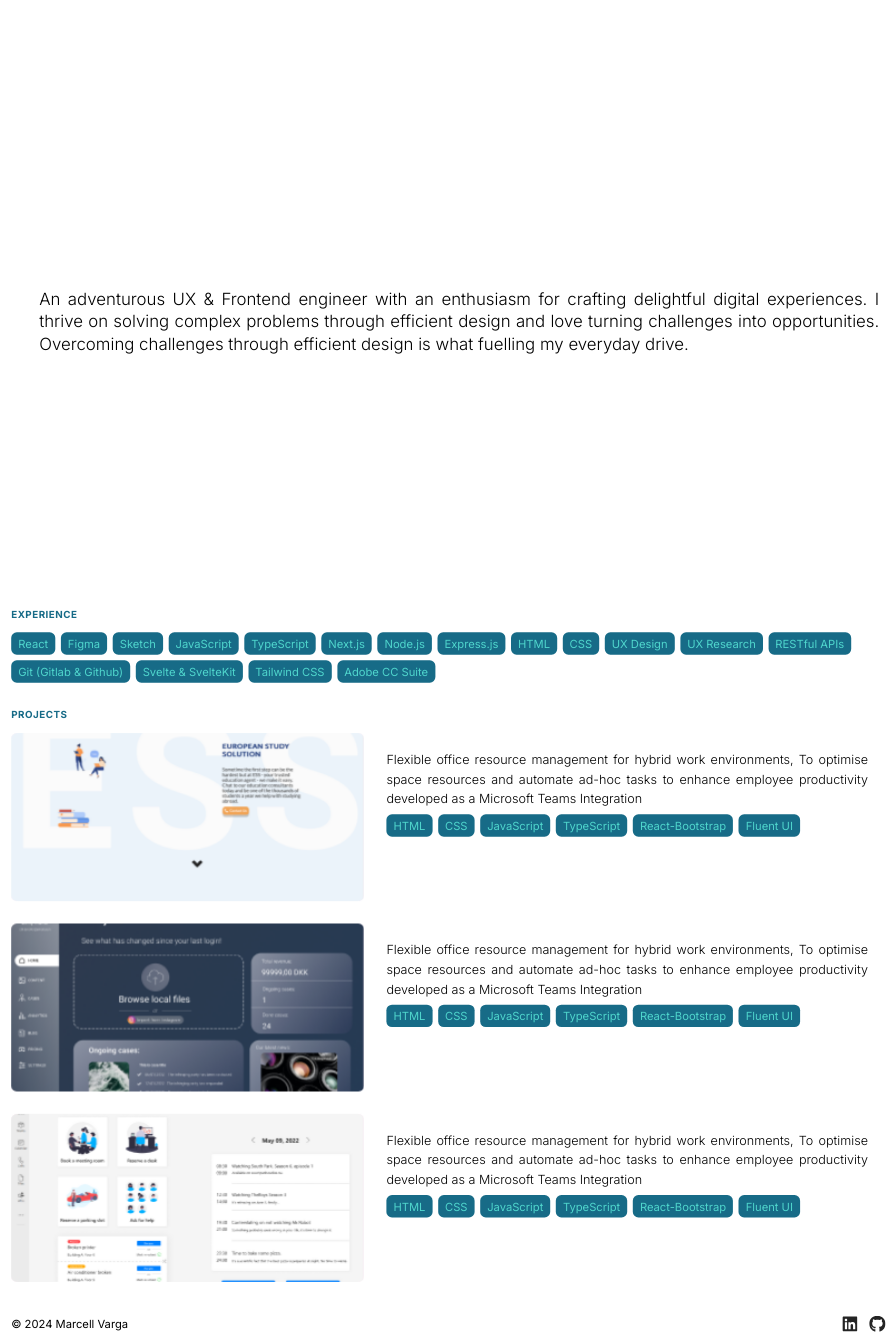
Repository: TheMarcellVarga/personal-portfolio-v.2
Page: /
An editor plug-in stored every save of this project. The page is shown before and after the next save, followed by the edit.
The browser window is 1280 px wide. The pictures show the part of the page from y = 705 to 2625 px (the page is 2625 px tall), at 70% of full size.
The project was rebuilt for these pictures with package versions that can differ from the ones it lists, and the page was loaded fresh each time. The framework's server and built-in components were replaced by stand-ins that run in the browser. Also part of the build but not shown: next.config.mjs.

Above is the page before, as saved 2024-04-25 01:06:17.

### app/layout.tsx
import type { Metadata } from "next";
import { Inter } from "next/font/google";
import "./globals.css";

const inter = Inter({ subsets: ["latin"] });

export const metadata: Metadata = {
  title: {
    template: "%s | Marcell Varga",
    default: "Marcell Varga",
  },
  description: "Marcell Varga Portfolio | UX & Frontend Engineer",
};
export default function RootLayout({
  children,
}: Readonly<{
  children: React.ReactNode;
}>) {
  return (
    <html lang="en">
      <body className={inter.className}>{children}</body>
    </html>
  );
}

### app/page.tsx
"use client";

import { useState } from "react";
import Link from "next/link";
import Image from "next/image";
import IndexSigAnimated from "../public/icons/indexSigAnimated";

// Header component
const Header = () => {
  const [isOpen, setIsOpen] = useState(false);

  return (
    <header className="flex justify-between items-center w-full">
      <div className="flex items-center">
        {/* Icon */}
        <Link href="/">
          <IndexSigAnimated />
        </Link>
      </div>
      <nav className="flex items-center">
        {/* Hamburger Menu */}
        <div
          className={`md:hidden z-2 ${isOpen ? "open" : ""}`}
          onClick={() => setIsOpen(!isOpen)}
        >
          <div className="w-6 h-0.5 bg-gray-800 mb-1"></div>
          <div className="w-6 h-0.5 bg-gray-800 mb-1"></div>
          <div className="w-6 h-0.5 bg-gray-800"></div>
        </div>
        {/* Navigation Links */}
        <div className={`nav-overlay ${isOpen ? "open" : ""}`}>
          <div className={`${isOpen ? "block" : "hidden"} md:flex space-x-4`}>
            <Link href="/about">
              <div
                className="text-sm font-medium"
                style={{ color: isOpen ? "#eeeeee" : "inherit" }}
              >
                About
              </div>
            </Link>
            <Link href="/work">
              <div
                className="text-sm font-medium"
                style={{ color: isOpen ? "#eeeeee" : "inherit" }}
              >
                Work
              </div>
            </Link>
            <Link href="/contact">
              <div
                className="text-sm font-medium"
                style={{ color: isOpen ? "#eeeeee" : "inherit" }}
              >
                Contact
              </div>
            </Link>
          </div>
        </div>
        <div className={`${isOpen ? "hidden" : "block"}`}>
          <div className={`${isOpen ? "block" : "hidden"} md:flex space-x-4`}>
            <Link href="/about">
              <div
                className="text-sm font-medium"
                style={{ color: isOpen ? "#eeeeee" : "inherit" }}
              >
                About
              </div>
            </Link>
            <Link href="/work">
              <div
                className="text-sm font-medium"
                style={{ color: isOpen ? "#eeeeee" : "inherit" }}
              >
                Work
              </div>
            </Link>
            <Link href="/contact">
              <div
                className="text-sm font-medium"
                style={{ color: isOpen ? "#eeeeee" : "inherit" }}
              >
                Contact
              </div>
            </Link>
          </div>
        </div>
      </nav>
    </header>
  );
};

// Footer component
const Footer = () => {
  return (
    <div className="flex w-full flex-row justify-between items-center">
      <div className="flex w-full">© 2024 Marcell Varga</div>
      <div className="flex space-x-4">
        <Image
          src="/icons/linkedin.svg"
          alt="Linkedin Icon"
          width={24}
          height={24}
        />
        <Image
          src="/icons/github.svg"
          alt="GitHub Icon"
          width={24}
          height={24}
        />
      </div>
    </div>
  );
};

const projects = [
  {
    title:
      "Flexible office resource management for hybrid work environments, To optimise space resources and automate ad-hoc tasks to enhance employee productivity developed as a Microsoft Teams Integration",
    description: "",
    skills: [
      "HTML",
      "CSS",
      "JavaScript",
      "TypeScript",
      "React-Bootstrap",
      "Fluent UI",
    ],
    link: "/", // Example link to the project details page
    image: "/images/ess-index.png", // Add the path to the image
  },
  {
    title:
      "Flexible office resource management for hybrid work environments, To optimise space resources and automate ad-hoc tasks to enhance employee productivity developed as a Microsoft Teams Integration",
    description: "",
    skills: [
      "HTML",
      "CSS",
      "JavaScript",
      "TypeScript",
      "React-Bootstrap",
      "Fluent UI",
    ],
    link: "/", // Example link to the project details page
    image: "/images/catchscan-index.png", // Add the path to the image
  },
  {
    title:
      "Flexible office resource management for hybrid work environments, To optimise space resources and automate ad-hoc tasks to enhance employee productivity developed as a Microsoft Teams Integration",
    description: "",
    skills: [
      "HTML",
      "CSS",
      "JavaScript",
      "TypeScript",
      "React-Bootstrap",
      "Fluent UI",
    ],
    link: "/", // Example link to the project details page
    image: "/images/askcody-index.png", // Add the path to the image
  },
  // Add more projects here
];

export default function Page() {
  return (
    <div className="m-4">
      <Header />
      <main className="flex flex-col items-center justify-between h-screen m-4 gap-1 w-full">
        <div className="flex-grow pb-12 w-full flex flex-col items-center justify-center gap-">
          <div className="flex flex-row w-full text-7xl font-medium items-center justify-start">
            Hey, I'm&nbsp;
            <span className="text-custom-blue font-bold">Marcell Varga</span>
          </div>
          <div className="flex w-full text-4xl font-light items-center justify-start my-2">
            UX & Frontend engineer
          </div>
        </div>
        <div className="pb-32 flex flex-col items-center justify-start">
          <Image
            className="animate-moveDown"
            src="/icons/mouseScroll.svg"
            alt="Scroll your mouse down Icon"
            width={30}
            height={30}
          />
        </div>
      </main>
      {/* Drive Section */}
      <section className="flex flex-col items-center justify-between h-screen m-4 gap-1 w-full">
        <div className="flex w-full h-screen text-5xl font-medium items-center justify-start">
          <h2 className="text-2xl font-light text-justify m-6">
            An adventurous UX & Frontend engineer with an enthusiasm for
            crafting delightful digital experiences. I thrive on solving complex
            problems through efficient design and love turning challenges into
            opportunities. Overcoming challenges through efficient design is
            what fuelling my everyday drive.
          </h2>
        </div>
      </section>
      <section className="flex flex-col items-center justify-between my-4 gap-1 w-full">
        {/* New Experience Section */}
        <article className="mt-8 w-full">
          <h2 className="text-custom-blue text-sm font-bold mb-4 tracking-wider uppercase">
            Experience
          </h2>
          <div className="flex flex-wrap gap-2">
            {[
              "React",
              "Figma",
              "Sketch",
              "JavaScript",
              "TypeScript",
              "Next.js",
              "Node.js",
              "Express.js",
              "HTML",
              "CSS",
              "UX Design",
              "UX Research",
              "RESTful APIs",
              "Git (Gitlab & Github)",
              "Svelte & SvelteKit",
              "Tailwind CSS",
              "Adobe CC Suite",
            ].map((skill) => (
              <div
                key={skill}
                className="bg-custom-blue text-custom-teal px-2.5 py-1 rounded-lg"
              >
                {skill}
              </div>
            ))}
          </div>
        </article>
        <article className="my-8 w-full">
          <h2 className="text-custom-blue text-sm font-bold mb-4 tracking-wider uppercase">
            Projects
          </h2>
          <div className="flex flex-col gap-8">
            {projects.map((project) => (
              <div key={project.title} className="flex gap-2">
                <div className="w-full h-full relative rounded-lg overflow-hidden y-5">
                  <div className="bg-pink-100 h-60">
                    <Image
                      src={project.image} // Use the image path from the project object
                      alt={project.title} // Use the project title as the alt text
                      layout="fill" // Make the image fill its container
                      objectFit="cover" // Adjust the image's aspect ratio to cover the container
                    />
                  </div>
                </div>
                <div className="flex flex-col m-6 gap-2">
                  <Link
                    href={project.link}
                    className="text-lg font-light text-justify"
                  >
                    <div>{project.title}</div>
                    <div>{project.description}</div>
                  </Link>
                  <div className="flex flex-wrap gap-2">
                    {project.skills.map((skill) => (
                      <div
                        key={skill}
                        className="bg-custom-blue text-custom-teal px-2.5 py-1 rounded-lg"
                      >
                        {skill}
                      </div>
                    ))}
                  </div>
                </div>
              </div>
            ))}
          </div>
        </article>
      </section>
      <Footer />
    </div>
  );
}

### app/globals.css
@tailwind base;
@tailwind components;
@tailwind utilities;

/* :root {
  --foreground-rgb: 0, 0, 0;
  --background-start-rgb: 214, 219, 220;
  --background-end-rgb: 255, 255, 255;
}

@media (prefers-color-scheme: dark) {
  :root {
    --foreground-rgb: 255, 255, 255;
    --background-start-rgb: 0, 0, 0;
    --background-end-rgb: 0, 0, 0;
  }
}

body {
  color: rgb(var(--foreground-rgb));
  background: linear-gradient(
      to bottom,
      transparent,
      rgb(var(--background-end-rgb))
    )
    rgb(var(--background-start-rgb));
}

@layer utilities {
  .text-balance {
    text-wrap: balance;
  }
} */

@-webkit-keyframes animate-svg-stroke-1 {
  0% {
    stroke-dashoffset: 210.06117248535156px;
    stroke-dasharray: 210.06117248535156px;
  }

  100% {
    stroke-dashoffset: 420.1223449707031px;
    stroke-dasharray: 210.06117248535156px;
  }
}

@keyframes animate-svg-stroke-1 {
  0% {
    stroke-dashoffset: 210.06117248535156px;
    stroke-dasharray: 210.06117248535156px;
  }

  100% {
    stroke-dashoffset: 420.1223449707031px;
    stroke-dasharray: 210.06117248535156px;
  }
}

.svg-elem-1 {
  -webkit-animation: animate-svg-stroke-1 1s ease-in-out 1s both;
  animation: animate-svg-stroke-1 1s ease-in-out 1s both;
}

@-webkit-keyframes animate-svg-stroke-2 {
  0% {
    stroke-dashoffset: 798.271240234375px;
    stroke-dasharray: 798.271240234375px;
  }

  100% {
    stroke-dashoffset: 1596.54248046875px;
    stroke-dasharray: 798.271240234375px;
  }
}

@keyframes animate-svg-stroke-2 {
  0% {
    stroke-dashoffset: 798.271240234375px;
    stroke-dasharray: 798.271240234375px;
  }

  100% {
    stroke-dashoffset: 1596.54248046875px;
    stroke-dasharray: 798.271240234375px;
  }
}

.svg-elem-2 {
  -webkit-animation: animate-svg-stroke-2 1s ease-in-out 1.12s both;
  animation: animate-svg-stroke-2 1s ease-in-out 1.12s both;
}

@-webkit-keyframes animate-svg-stroke-3 {
  0% {
    stroke-dashoffset: 2px;
    stroke-dasharray: 2px;
  }

  100% {
    stroke-dashoffset: 4px;
    stroke-dasharray: 2px;
  }
}

@keyframes animate-svg-stroke-3 {
  0% {
    stroke-dashoffset: 2px;
    stroke-dasharray: 2px;
  }

  100% {
    stroke-dashoffset: 4px;
    stroke-dasharray: 2px;
  }
}

.svg-elem-3 {
  -webkit-animation: animate-svg-stroke-3 1s ease-in-out 1.24s both;
  animation: animate-svg-stroke-3 1s ease-in-out 1.24s both;
}

/* CSS for the overlay */
.nav-overlay {
  position: fixed;
  top: 0;
  right: 0;
  width: 80%; /* Adjust the width as needed */
  height: 100%;
  background-color: rgba(23, 107, 135, 1); /* Semi-transparent background */
  transform: translateX(100%); /* Hidden off-screen to the right */
  transition: transform 0.3s ease-out; /* Smooth transition */
  display: flex;
  flex-direction: column;
  justify-content: center;
  align-items: center;
  padding: 2rem;
  z-index: 2; /* Ensure it's above other content */
}

.nav-overlay.open {
  transform: translateX(0); /* Slide in from the right */
}

/* Hamburger menu with increased z-index when open */
.md\:hidden {
  cursor: pointer;
  z-index: 2; /* Default z-index */
}

.md\:hidden.open {
  z-index: 5; /* Increased z-index when open */
}

/* Hamburger menu lines */
.md\:hidden > div {
  transition: all 0.3s ease;
}

/* Top line of the hamburger menu */
.md\:hidden > div:nth-child(1) {
  transform-origin: center;
}

/* Middle line of the hamburger menu */
.md\:hidden > div:nth-child(2) {
  transform-origin: center;
}

/* Bottom line of the hamburger menu */
.md\:hidden > div:nth-child(3) {
  transform-origin: center;
}

/* Animation for the hamburger menu to become a cross */
.md\:hidden.open > div:nth-child(1) {
  transform: rotate(45deg);
}

.md\:hidden.open > div:nth-child(2) {
  opacity: 0;
}

.md\:hidden.open > div:nth-child(3) {
  transform: rotate(-45deg);
}

/* Hamburger menu with increased z-index when open */
.md\:hidden {
  cursor: pointer;
  z-index: 2; /* Default z-index */
}

.md\:hidden.open {
  z-index: 5; /* Increased z-index when open */
}

/* CSS for the close button */
.close-btn {
  position: absolute;
  top: 1rem;
  right: 1rem;
  background: none;
  border: none;
  font-size: 1.5rem;
  color: #fff;
  cursor: pointer;
}

@keyframes moveDown {
  0% {
    transform: translateY(0);
  }
  100% {
    transform: translateY(10px); /* Adjust the value as needed */
  }
}

.animate-moveDown {
  animation: moveDown 2s infinite alternate ease-in-out; /* Adjust the duration as needed */
}

### public/icons/indexSigAnimated.tsx
import React from 'react';

const IndexSigIcon: React.FC = () => {
 return (
    <svg className="svg-elem-1" width="85" height="37" viewBox="0 0 85 37" fill="none" xmlns="http://www.w3.org/2000/svg">
      <g clipPath="url(#clip0_18_152)">
        <path d="M0.396973 36.3291C0.396973 36.3291 1.80464 21.811 13.6633 7.89246" stroke="#053B50" strokeLinecap="round" strokeLinejoin="round"/>
        <path d="M84.6029 0.378418C83.4907 1.72562 28.5188 31.0478 28.5188 31.0478C34.2765 18.2493 39.5275 5.38881 37.4414 4.87415C37.3274 4.8523 37.2096 4.85749 37.0982 4.88928C31.574 6.017 19.8186 16.4677 17.715 17.2805C17.665 17.3015 17.6107 17.3113 17.5561 17.3093C16.4821 17.2881 15.8514 13.5856 15.4907 9.68776" stroke="#053B50" strokeLinecap="round" strokeLinejoin="round"/>
      </g>
      <defs>
        <clipPath id="clip0_18_152">
          <rect width="85" height="36.7076" fill="white"/>
        </clipPath>
      </defs>
    </svg>
 );
};

export default IndexSigIcon;

### tailwind.config.ts
import type { Config } from "tailwindcss";

const config: Config = {
  content: [
    "./pages/**/*.{js,ts,jsx,tsx,mdx}",
    "./components/**/*.{js,ts,jsx,tsx,mdx}",
    "./app/**/*.{js,ts,jsx,tsx,mdx}",
  ],
  theme: {
    extend: {
      backgroundImage: {
        "gradient-radial": "radial-gradient(var(--tw-gradient-stops))",
        "gradient-conic":
          "conic-gradient(from 180deg at 50% 50%, var(--tw-gradient-stops))",
      },
      colors: {
        "custom-blue": "#176B87",
        "custom-teal": "#4FD5CC",
      },
    },
  },
  plugins: [],
};

export default config;

After the next save:
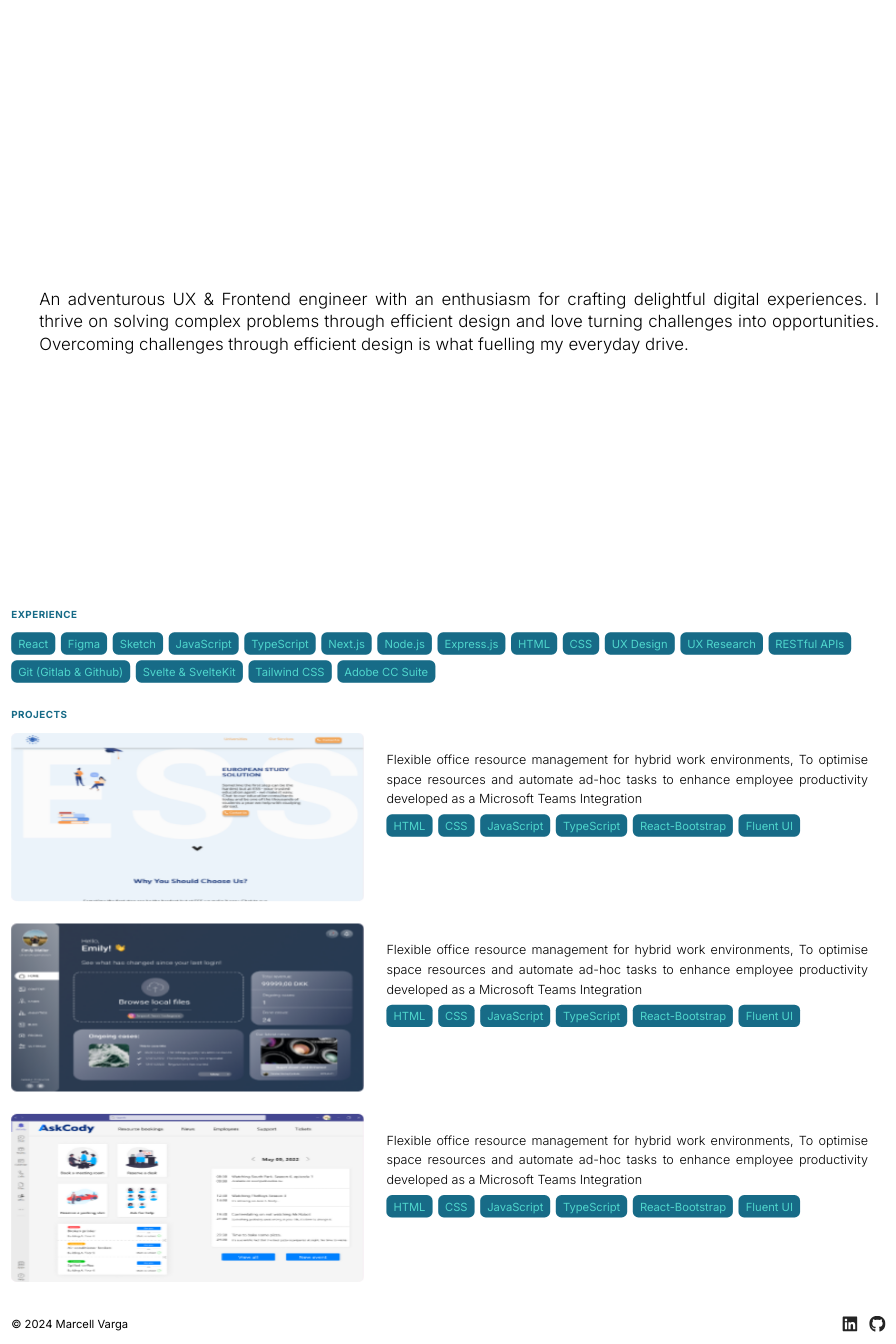
Saved 12 s later.
--- a/app/page.tsx
+++ b/app/page.tsx
@@ -245,7 +245,7 @@ export default function Page() {
                       src={project.image} // Use the image path from the project object
                       alt={project.title} // Use the project title as the alt text
                       layout="fill" // Make the image fill its container
-                      objectFit="cover" // Adjust the image's aspect ratio to cover the container
+                      objectFit="fill" // Adjust the image's aspect ratio to cover the container
                     />
                   </div>
                 </div>
